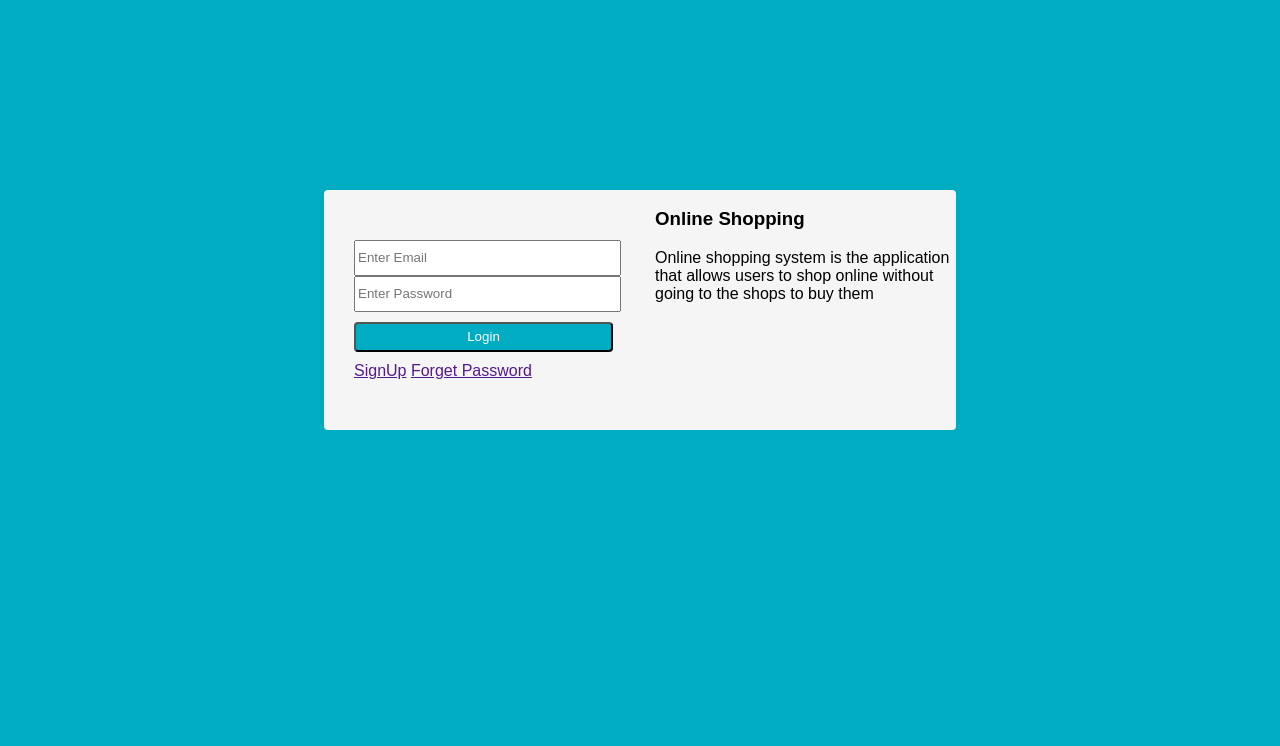
Repository: NidhiDaniel/E-Cart
Page: http://localhost/Online-Shopping-Cart/login.jsp
An editor plug-in stored every save of this project. The page is shown before and after the next save, followed by the edit.
The browser window is 1280 px wide. The pictures show the whole page.
The page is served by Tomcat 9.

Above is the page before, as saved 2024-01-05 05:20:59.

After the next save:
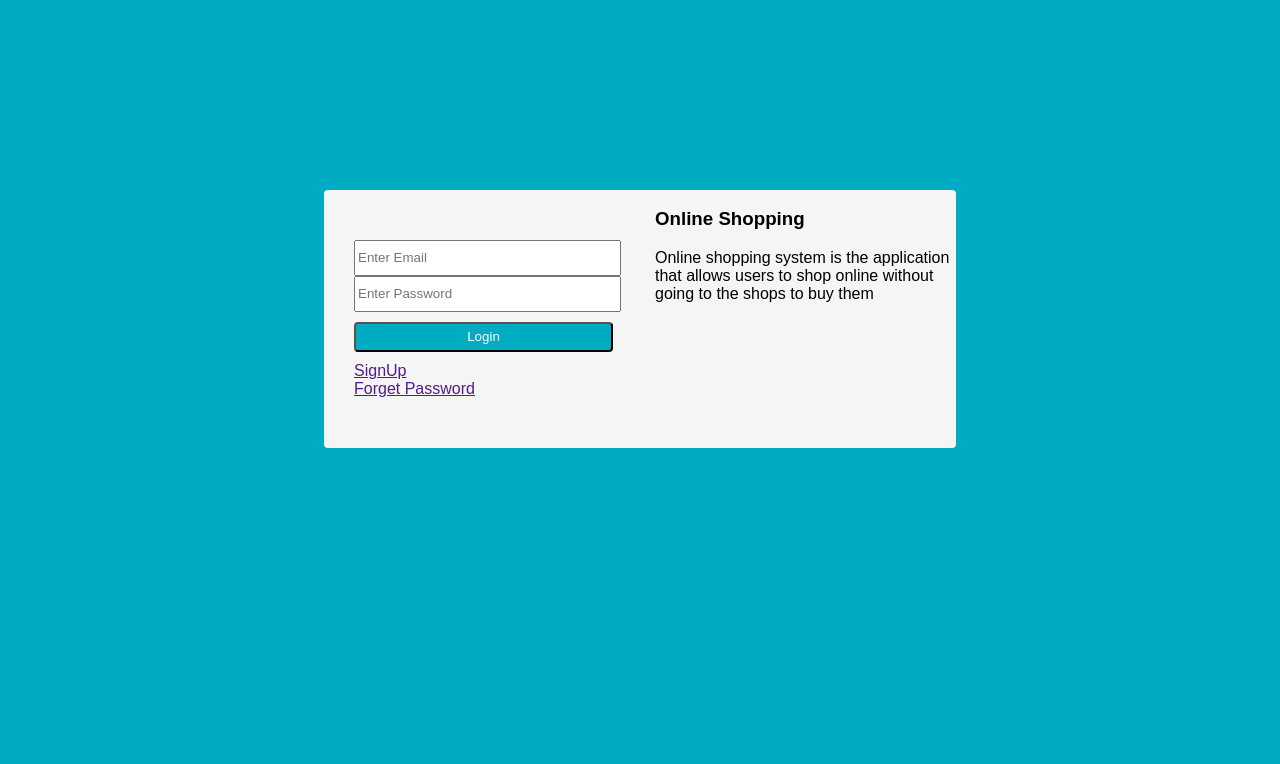
Saved 2 min 24 s later.
--- a/Online-Shopping-Cart/src/main/webapp/login.jsp
+++ b/Online-Shopping-Cart/src/main/webapp/login.jsp
@@ -15,7 +15,8 @@
 				<input type="password" name="password" placeholder="Enter Password">
 				<input type="submit" value="Login">
 			</form>
-			<br> <a href="">SignUp</a> <a href="">Forget Password</a>
+			<br> <a href="">SignUp</a><br>
+			<a href="">Forget Password</a>
 		</div>
 		<div class="right-div">
 			<h3>Online Shopping</h3>
